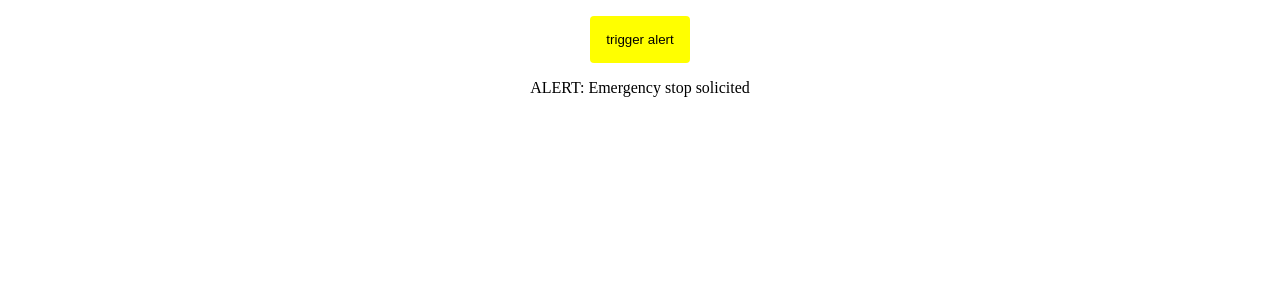
Repository: Esttevo/list-rewiew-js-2
Page: modulo-6/index.html
An editor plug-in stored every save of this project. The page is shown before and after the next save, followed by the edit.
The browser window is 1280 px wide. The pictures show the whole page.
After loading, the first visible `#btn-alert` was clicked once.

Above is the page before, as saved 2026-10-22 19:59:19.
Console error (its wording comes from the project's code and is left out).

### modulo-6/index.html
<!DOCTYPE html>
<html lang="en">
<head>
    <meta charset="UTF-8">
    <meta name="viewport" content="width=device-width, initial-scale=1.0">
    <title>att-1-module-6</title>
    <script src="/modulo-6/app.js" defer></script>
    <link rel="stylesheet" href="/modulo-6/style.css">
</head>
<body>
    <button id="btn-alert">trigger alert</button>

    <div class="wrapper wrapper-alert">
        <p id="alert">line operating normally</p>
    </div>
</body>
</html>

### modulo-6/app.js
// Crie uma página HTML contendo um botão <button id='btnAlerta'>Disparar Alerta</button> e uma <div
// id='statusPainel'>Linha Operando Normalmente</div>. Ao clicar no botão, utilize document.getElementById() para ;
// alterar o texto da div para 'ATENÇÃO: Parada de Emergência Solicitada!' e mudar a cor do texto para vermelho.

const btnAlert = document.getElementById("btn-alert");
const divAlert = document.querySelector(".wrapper-alert");
const textAlert = document.getElementById("alert");

btnAlert.addEventListener("click", () => {
    textAlert.textContent = "ALERT: Emergency stop solicited";
    divAlert.classList.add("")
})

### modulo-6/style.css
* {
    padding: 0;
    margin: 0;
    text-decoration: none;
}

#btn-alert {
    display: flex;
    justify-self: center;
    background-color: yellow;
    color: black;
    padding: 1rem;
    border-radius: 4px;
    border: none;
     margin:1rem;
}

#btn-alert:hover {
    background-color: rgb(114, 114, 3);
}

.wrapper-alert {
    display: flex;
    justify-content: center;
    margin:1rem;
}

After the next save:
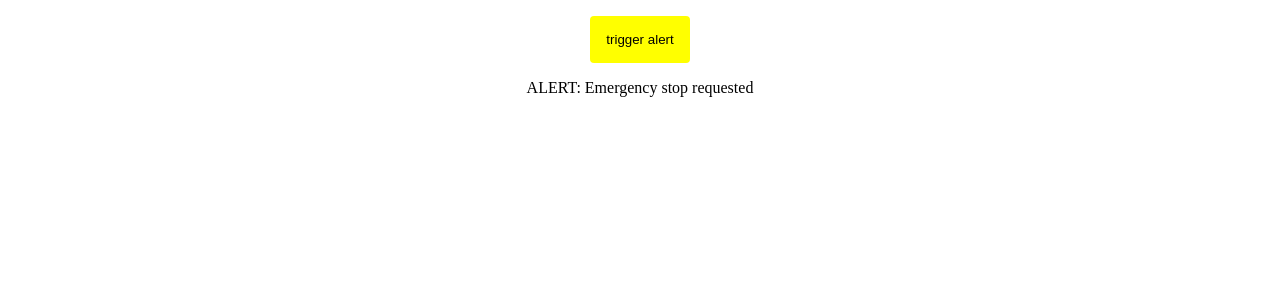
Saved 11 s later.
--- a/modulo-6/app.js
+++ b/modulo-6/app.js
@@ -7,6 +7,6 @@ const divAlert = document.querySelector(".wrapper-alert");
 const textAlert = document.getElementById("alert");
 
 btnAlert.addEventListener("click", () => {
-    textAlert.textContent = "ALERT: Emergency stop solicited";
+    textAlert.textContent = "ALERT: Emergency stop requested";
     divAlert.classList.add("")
 })
